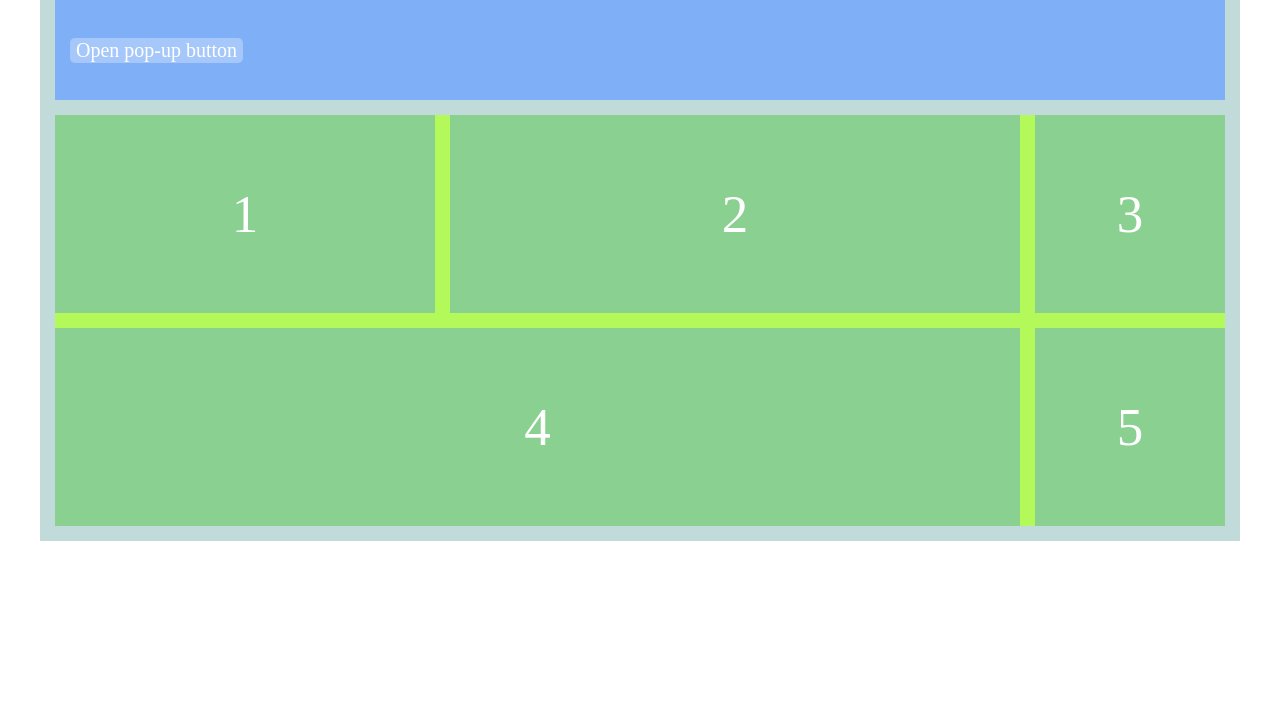
Repository: Evgenius190999999/nodasoft
Page: index.html
These files come from the project's save history. The page is drawn as it stood at one moment and after a run of saves; the edit follows.
The browser window is 1280 px wide. The pictures show the whole page.
Some web libraries are served in a nearby version. The style sheet was rebuilt from its Sass, Less or Tailwind sources for each picture, by a compiler version that may differ from the author's.

Above is the page before, as saved 2022-07-08 15:08:32.

After the next 2 saves:
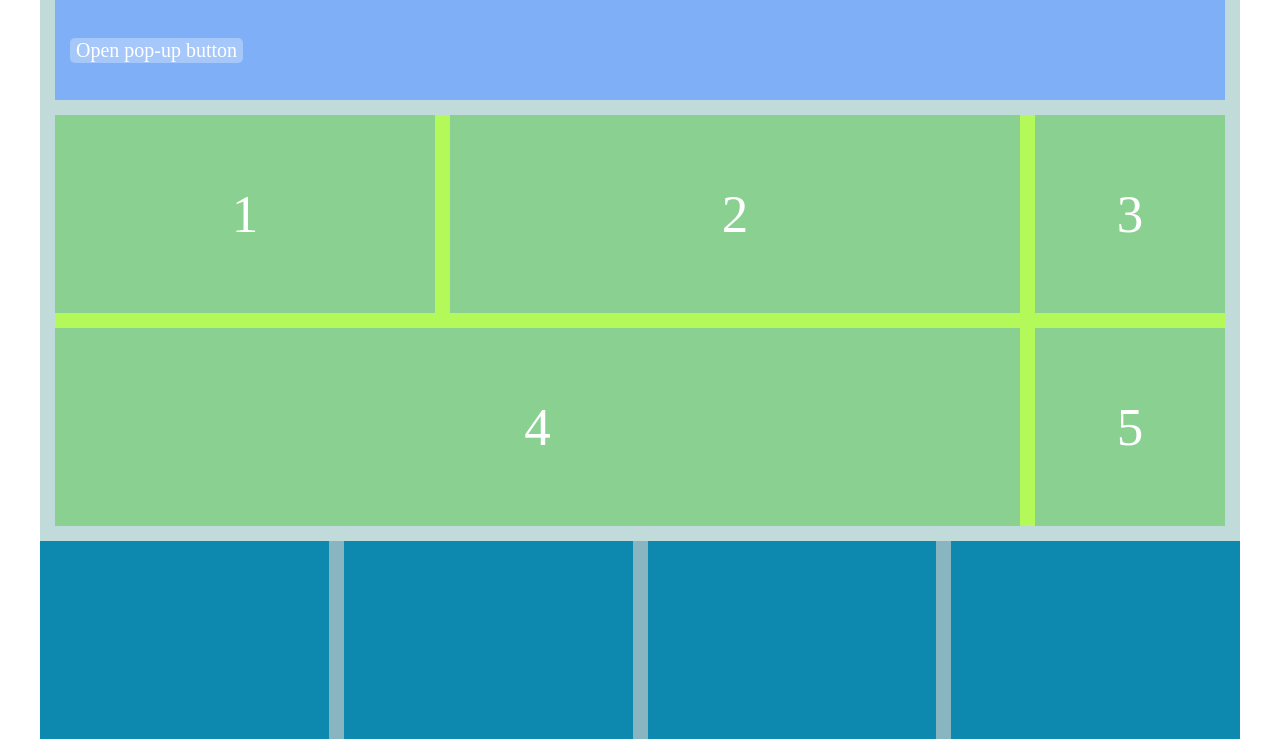
The 2 saves are shown as one change because they came seconds apart.
The last was saved 7 s later.
--- a/style/sass/style.sass
+++ b/style/sass/style.sass
@@ -64,8 +64,7 @@
     grid-row-gap: 0px
     background: #88B5BF
     div
-        max-height: 199px
-        height: 100%
+        height: 198px
         background: #0D89B0
 
 .div1
